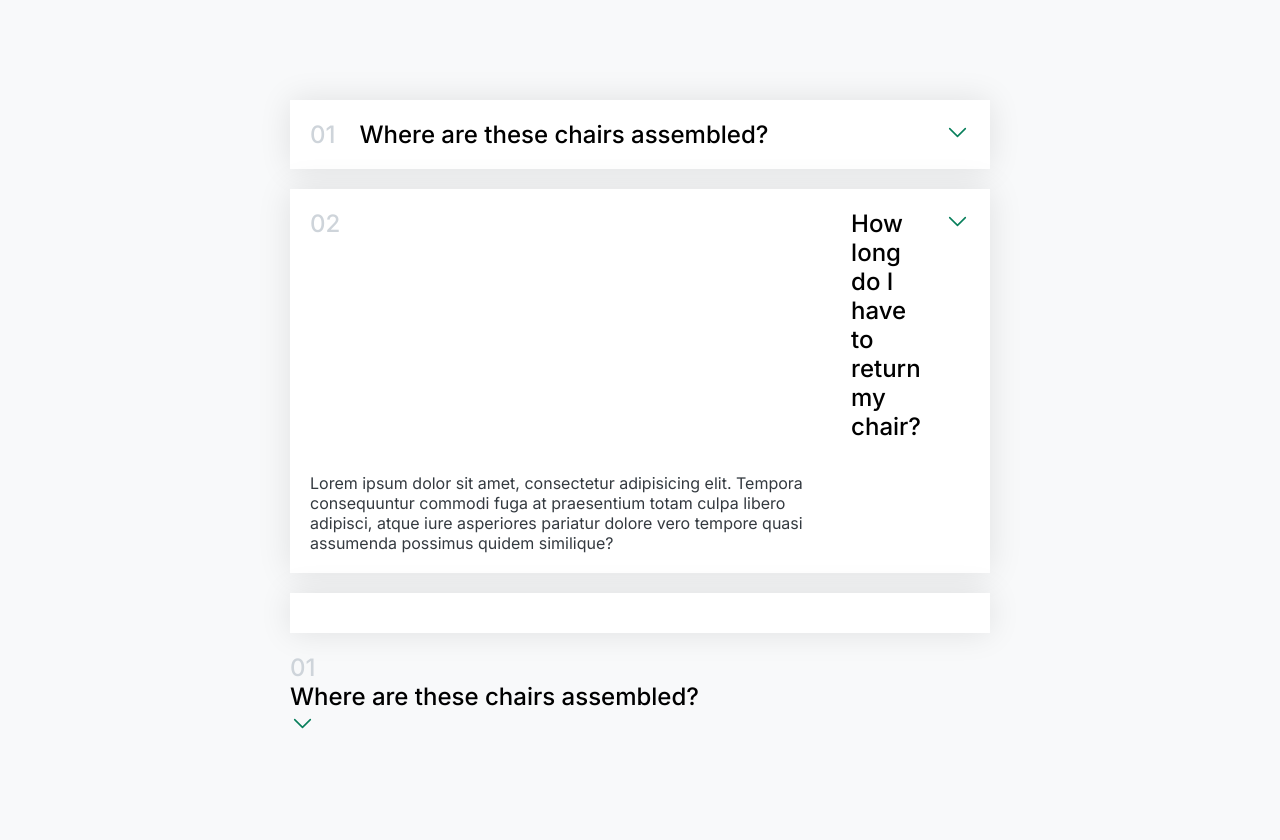
Repository: Ahmed123rezk123/06-Components
Page: accordion.html
These files come from the project's save history. The page is drawn as it stood at one moment and after the next save; the edit follows.
The browser window is 1280 px wide. The pictures show the whole page.

Above is the page before, as saved 2024-09-16 02:56:43.

After the next save:
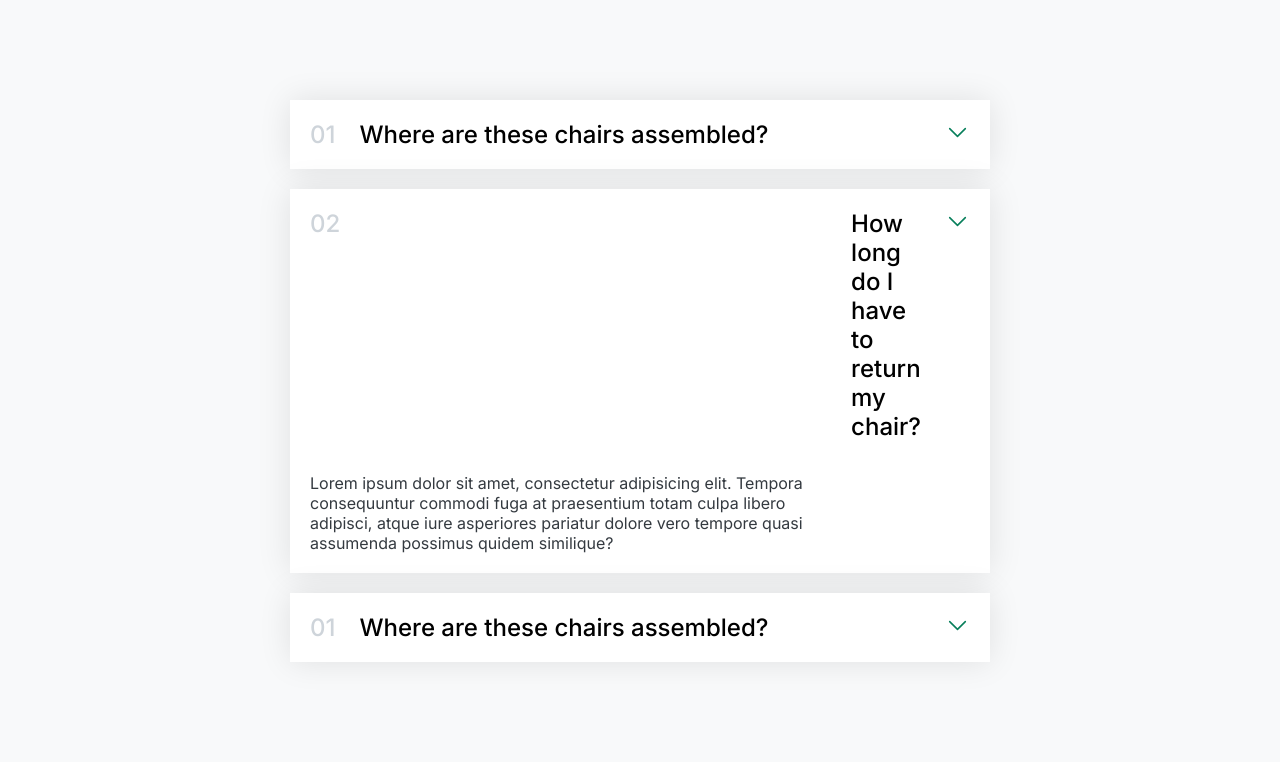
Saved 13 s later.
--- a/accordion.html
+++ b/accordion.html
@@ -55,7 +55,7 @@
           possimus quidem similique?
         </p>
       </div>
-      <div class="item"></div>
+      <div class="item">
         <p class="number">01</p>
         <p class="text">Where are these chairs assembled?</p>
         <svg
